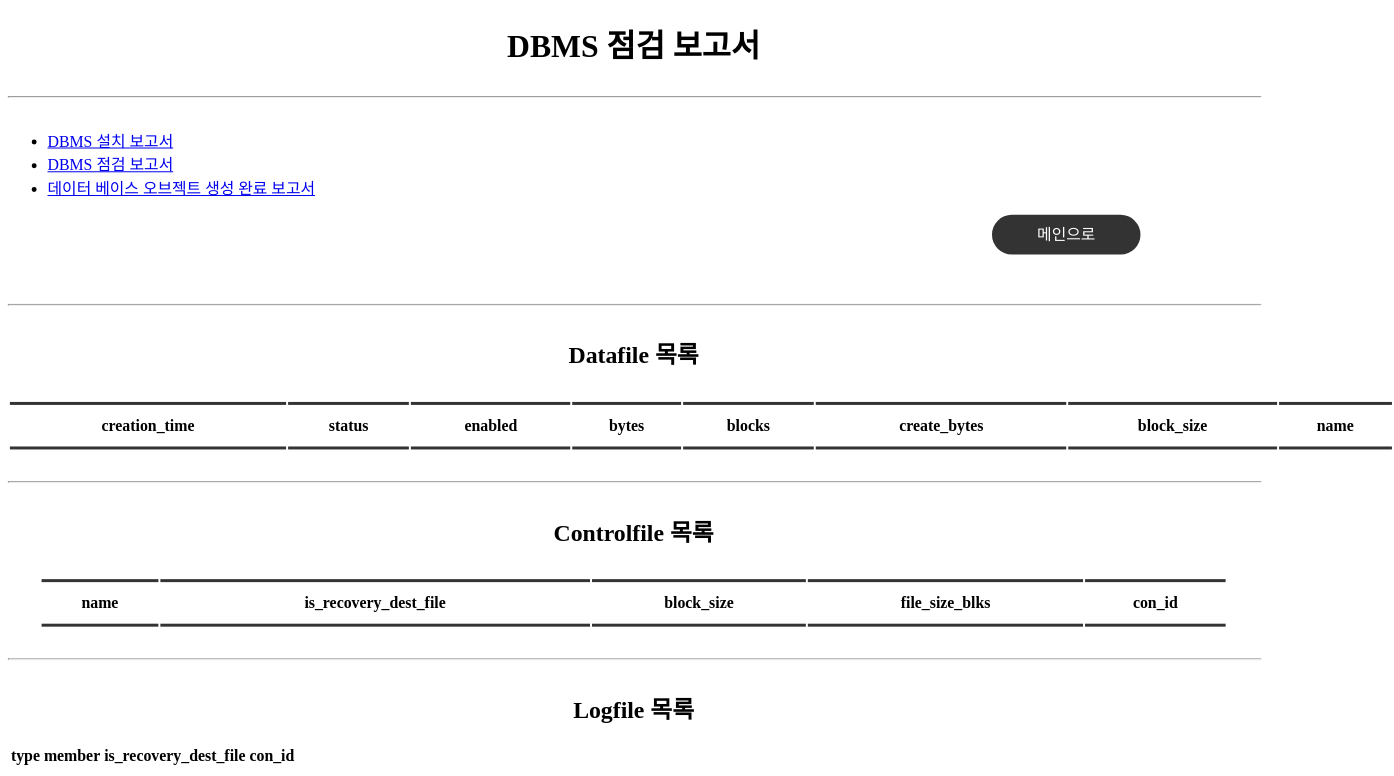
Repository: blackbird0220/kh_database
Page: http://localhost/test01/report02.jsp
These files come from the project's save history. The page is drawn as it stood at one moment and after the next save; the edit follows.
The browser window is 1280 px wide. The page is 1408 px wide, so the pictures cover 1408 px, including what lies to the right of the window. The pictures show the whole page, at 99% of full size.
The page is served by Tomcat 9. Other server files are loaded and not shown. Queries for data that is not in the repository find no rows.

Above is the page before, as saved 2024-04-01 00:29:19.

### test01/WebContent/report02.jsp
<%@ page language="java" contentType="text/html; charset=UTF-8"
    pageEncoding="UTF-8"%>
<%@ page import="java.util.*, java.text.*, java.sql.*"%>
<%@ page import="org.kh.dto.*"%>
<%@ taglib prefix="c" uri="http://java.sun.com/jsp/jstl/core" %>
<%@ taglib prefix="fmt" uri="http://java.sun.com/jsp/jstl/fmt" %>
<%
	request.setCharacterEncoding("utf-8");
	response.setCharacterEncoding("utf-8");
	response.setContentType("text/html; charset=utf-8");

	Connection con = null;
	PreparedStatement pstmt = null;
	ResultSet rs = null;

	String url = "jdbc:oracle:thin:@localhost:1521:xe";
	String userid = "system";
	String userpw = "1234";
	String sql = "";
	List<Datafile> dList = new ArrayList<>();
	List<Controlfile> cList = new ArrayList<>();
	List<Logfile> lList = new ArrayList<>();

	try {
		Class.forName("oracle.jdbc.OracleDriver");
		con = DriverManager.getConnection(url, userid, userpw);
		sql = "select creation_time, status, enables, bytes, blocks, create_bytes, block_size, name, con_id from v$datafile";
		pstmt = con.prepareStatement(sql);
		rs =pstmt.executeQuery();
		while(rs.next()){
			Datafile data = new Datafile(rs.getString("creation_time"),
			rs.getString("status"),
			rs.getString("enables"),
			rs.getInt("bytes"),
			rs.getInt("blocks"),
			rs.getInt("create_bytes"),
			rs.getInt("block_size"),
			rs.getString("name"),
			rs.getInt("con_id"));
			dList.add(data);
		}

		pstmt = null;
		rs = null;

		sql = "select name, is_recovery_dest_file, block_size, file_size_blks, con_id from v$controlfile";
		pstmt = con.prepareStatement(sql);
		rs =pstmt.executeQuery();

		while(rs.next()){
			Controlfile data = new Controlfile(rs.getString("name"),
					rs.getString("is_recovery_dest_file"),
					rs.getInt("block_size"),
					rs.getInt("file_size_blks"),
					rs.getInt("con_id"));
			cList.add(data);
		}


		pstmt = null;
		rs = null;

		sql = "select type, member, is_recovery_dest_file, con_id from v$logfile";
		pstmt = con.prepareStatement(sql);
		rs =pstmt.executeQuery();

		while(rs.next()){
			Logfile data = new Logfile(rs.getString("type"),
					rs.getString("member"),
					rs.getString("is_recovery_dest_file"),
					rs.getInt("con_id"));

			lList.add(data);
		}



	} catch(Exception e){
		e.printStackTrace();
	} finally {
		if(rs!=null){
			try {
				rs.close();
			} catch(Exception e){
					e.printStackTrace();
			}
		}

		if(pstmt!=null){
			try {
				pstmt.close();
			} catch(Exception e){
				e.printStackTrace();
			}
		}

		if(con!=null){
			try {
				con.close();
			} catch(Exception e){
					e.printStackTrace();
			}
		}
	}

	pageContext.setAttribute("dList", dList);
	pageContext.setAttribute("cList", cList);
	pageContext.setAttribute("lList", lList);
%>
<!DOCTYPE html>
<html>
<head>
<meta charset="UTF-8">
<title>DBMS 점검 보고서</title>
<style>
		.title { text-align:center;}
	.tb th { border-top:3px solid #333;
		border-bottom:3px solid #333; line-height:40px; }
	.tb td {dorder-bottom:1px solid #333; line-height: 30px;
	text-align: center;}
	hr {clear:both; width:100%; margin:30px 0px; padding:0; }


</style>
</head>
<body>
<h1 class="title">DBMS 점검 보고서</h1>
<hr>
<%@ include file = "menu.jsp" %>
<hr>
<h2 class="title">Datafile 목록</h2>
<table style="width:1400px;margin:30px auto" class="tb">
	<thead>
		<tr>
			<th>creation_time</th><th>status</th><th>enabled</th>
			<th>bytes</th><th>blocks</th><th>create_bytes</th>
			<th>block_size</th><th>name</th>
		</tr>
	</thead>
	<tbody>
	<c:forEach var="data" items="${dList}" varStatus="status">
		<tr>
			<td>${data.creation_time}</td><td>${data.status}</td>
			<td>${data.enables}</td><td>${data.bytes}</td>
			<td>${data.blocks}</td><td>${data.create_bytes}</td>
			<td>${data.block_size}</td><td>${data.name}</td>
		</tr>
	</c:forEach>
	</tbody>
</table>
<hr>
<h2 class="title">Controlfile 목록</h2>
<table style="width:1200px;margin:30px auto" class="tb">
	<thead>
		<tr>
			<th>name</th><th>is_recovery_dest_file</th><th>block_size</th>
			<th>file_size_blks</th><th>con_id</th>
		</tr>
	</thead>
	<tbody>
	<c:forEach var="data" items="${cList}" varStatus="status">
		<tr>
			<td>${data.name}</td><td>${data.is_recovery_dest_file}</td>
			<td>${data.block_size}</td><td>${data.file_size_blks}</td>
			<td>${data.con_id}</td>
		</tr>
	</c:forEach>
	</tbody>
</table>

<hr>
<h2 class="title">Logfile 목록</h2>
<table style>

	<thead>
		<tr>
			<th>type</th><th>member</th><th>is_recovery_dest_file</th>
			<th>con_id</th>
		</tr>
	</thead>
	<tbody>
	<c:forEach var="data" items="${lList}" varStatus="status">
		<tr>
			<td>${data.type}</td><td>${data.member}</td>
			<td>${data.is_recovery_dest_file}</td><td>${data.con_id }</td>
		</tr>
	</c:forEach>
	</tbody>
</table>
</body>
</html>

### test01/WebContent/menu.jsp
<%@ page language="java" contentType="text/html; charset=UTF-8"
    pageEncoding="UTF-8"%>
<nav id='gnb'>
	<ul>
		<li>
			<a href="report01.html">DBMS 설치 보고서</a>
		</li>
		<li>
			<a href="report02.jsp">DBMS 점검 보고서</a>
		</li>
		<li>
			<a href="report03.jsp">데이터 베이스 오브젝트 생성 완료 보고서</a>
		</li>
	</ul>
</nav>

<nav id="tnb" style="float:right;margin-right:120px;text-decoratron:none;border-radius:20px; width:150px; line-height:40px; background:#333; color:#fff; text-align:center;margin-bottom:50px;">
	<a href="index.jsp" style="text-decoration:none;color:#fff;">메인으로</a>
</nav>

After the next save:
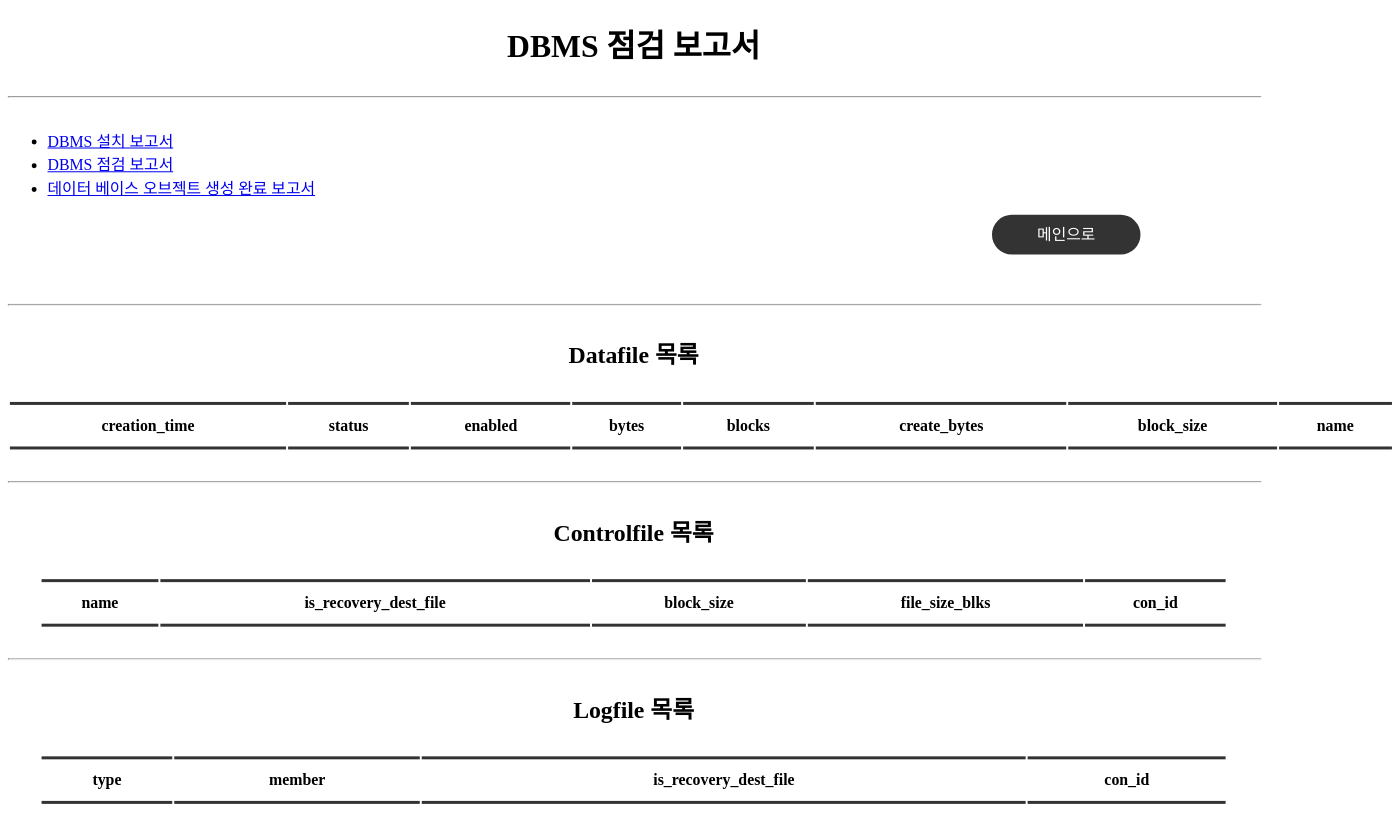
Saved 60 s later.
--- a/test01/WebContent/report02.jsp
+++ b/test01/WebContent/report02.jsp
@@ -149,7 +149,7 @@
 	</tbody>
 </table>
 <hr>
-<h2 class="title">Controlfile 목록</h2>
+<h2 class="title"> Controlfile 목록 </h2>
 <table style="width:1200px;margin:30px auto" class="tb">
 	<thead>
 		<tr>
@@ -169,9 +169,8 @@
 </table>
 
 <hr>
-<h2 class="title">Logfile 목록</h2>
-<table style>
-
+<h2 class="title"> Logfile 목록 </h2>
+<table style="width:1200px;margin:30px auto" class="tb">
 	<thead>
 		<tr>
 			<th>type</th><th>member</th><th>is_recovery_dest_file</th>
